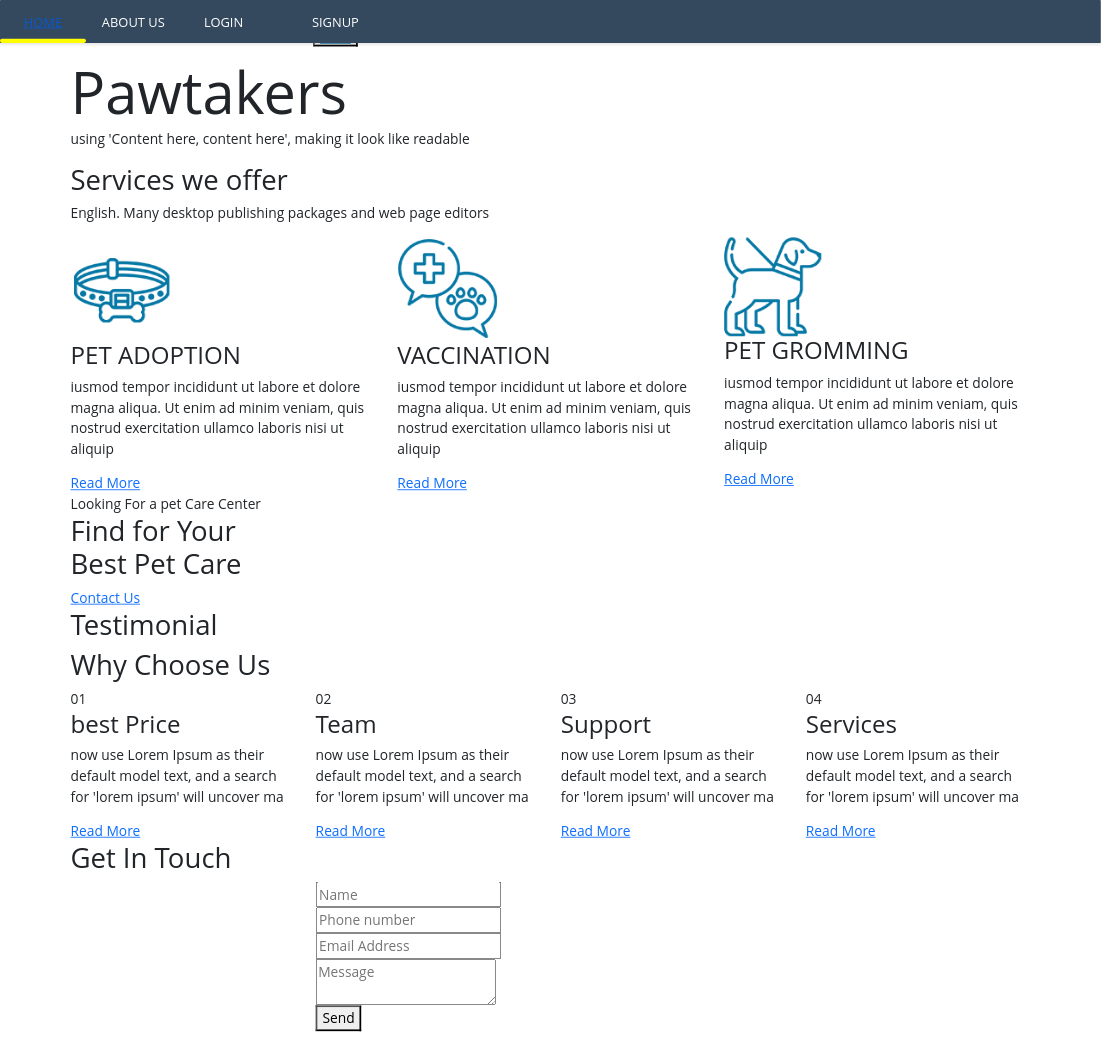
Repository: Chitti-g-k/Paw-Takers
Page: templates/index.html
These files come from the project's save history. The page is drawn as it stood at one moment and after the next save; the edit follows.
The browser window is 1280 px wide. The pictures show the whole page, at 86% of full size.
The template is drawn by Django 4.2. The application's start-up code is not run. The template is opened directly, without the code that normally fills it, so the values that code supplies are empty.

Above is the page before, as saved 2023-07-16 13:20:45.

After the next save:
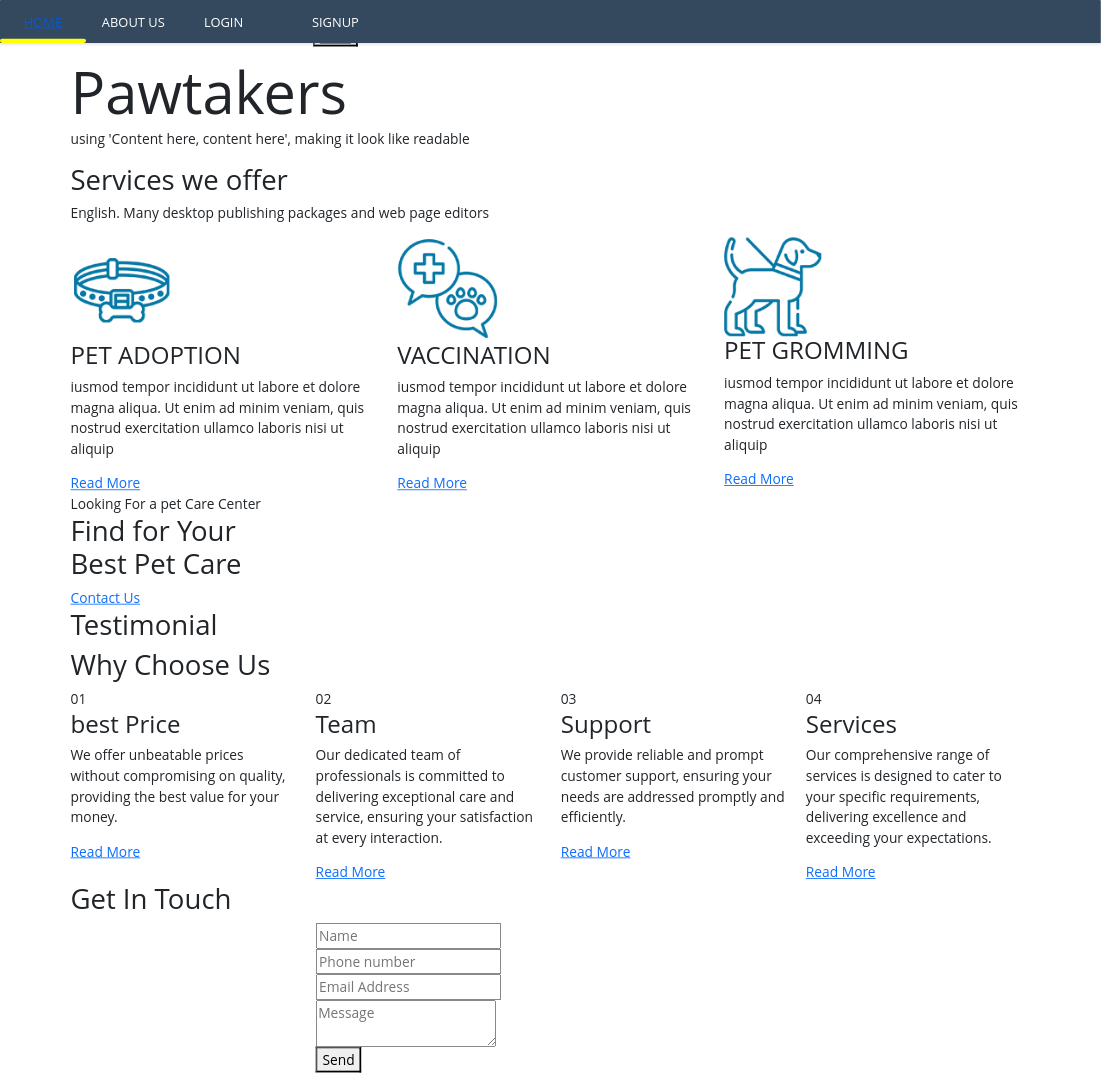
Saved 2 min 24 s later.
--- a/templates/index.html
+++ b/templates/index.html
@@ -322,7 +322,7 @@
                         <div id="ho_id" class="teab_box">
                             <span>01</span>
                             <h3>best Price</h3>
-                            <p>now use Lorem Ipsum as their default model text, and a search for 'lorem ipsum' will uncover ma</p>
+                            <p>We offer unbeatable prices without compromising on quality, providing the best value for your money.</p>
                             <a href="choose.html">Read More</a>
                         </div>
                     </div>
@@ -330,7 +330,7 @@
                         <div id="ho_id" class="teab_box">
                             <span>02</span>
                             <h3>Team</h3>
-                            <p>now use Lorem Ipsum as their default model text, and a search for 'lorem ipsum' will uncover ma</p>
+                            <p>Our dedicated team of professionals is committed to delivering exceptional care and service, ensuring your satisfaction at every interaction.</p>
                             <a href="choose.html">Read More</a>
                         </div>
                     </div>
@@ -338,7 +338,7 @@
                         <div id="ho_id" class="teab_box">
                             <span>03</span>
                             <h3>Support</h3>
-                            <p>now use Lorem Ipsum as their default model text, and a search for 'lorem ipsum' will uncover ma</p>
+                            <p>We provide reliable and prompt customer support, ensuring your needs are addressed promptly and efficiently.</p>
                             <a href="choose.html">Read More</a>
                         </div>
                     </div>
@@ -346,7 +346,7 @@
                         <div id="ho_id" class="teab_box">
                             <span>04</span>
                             <h3>Services</h3>
-                            <p>now use Lorem Ipsum as their default model text, and a search for 'lorem ipsum' will uncover ma</p>
+                            <p>Our comprehensive range of services is designed to cater to your specific requirements, delivering excellence and exceeding your expectations.</p>
                             <a href="#">Read More</a>
                         </div>
                     </div>
